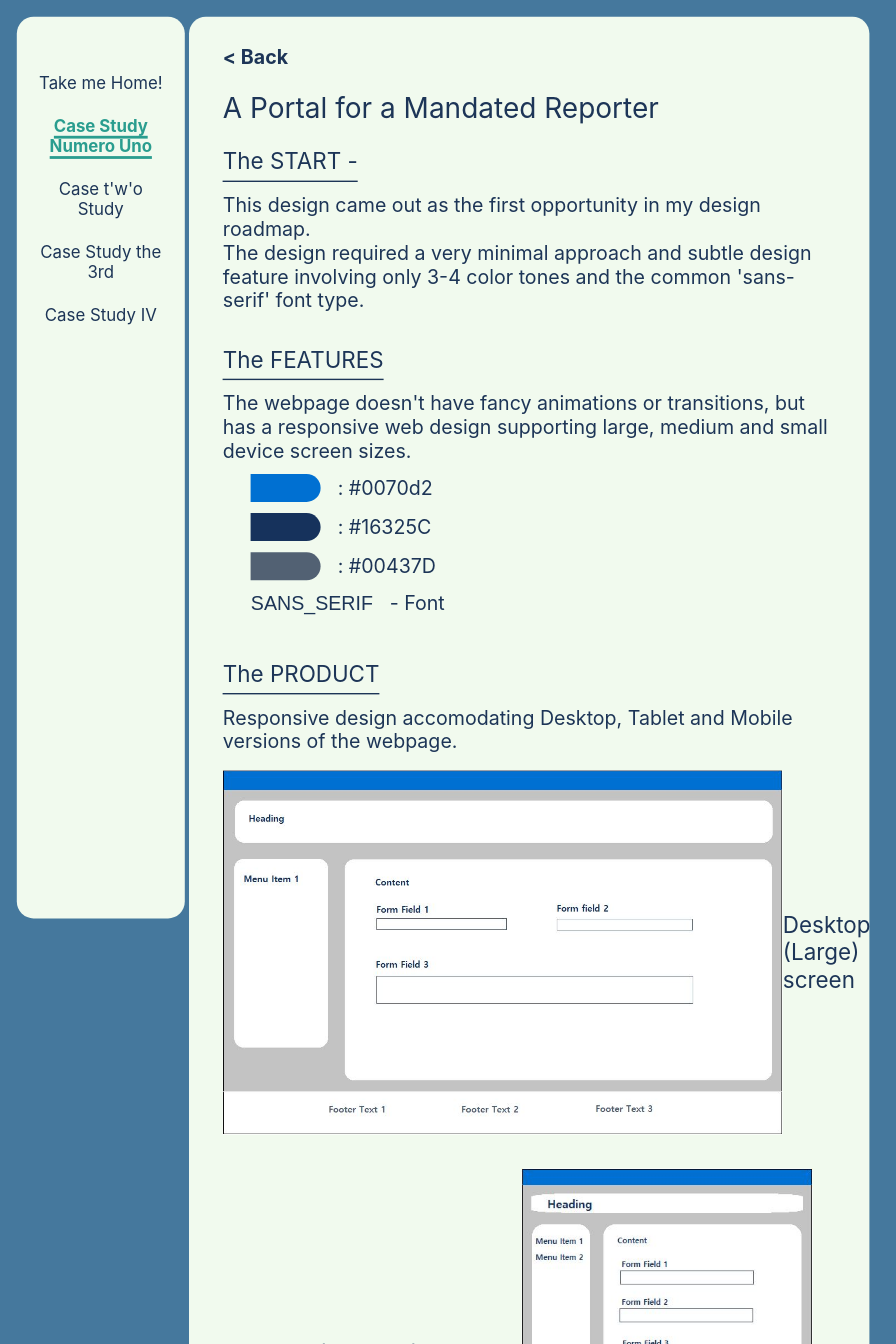
Repository: niranjangp/portfolioReact
Page: /cs-one
The author's editor kept a copy of each file at every save. The page is drawn from the files as they stood at one save, then again after the next save.
The browser window is 1280 px wide. The pictures show the part of the page from y = 0 to 1920 px (the page is 3817 px tall before and 3783 px after), at 70% of full size.
The project was rebuilt for these pictures with package versions that can differ from the ones it lists, and the page was loaded fresh each time. Also part of the build but not shown: src/pages/enterDesign.jsx, src/pages/csTwo.jsx, src/pages/csThree.jsx, src/pages/csFour.jsx, src/pages/notFound.jsx.

Above is the page before, as saved 2022-02-02 02:53:31.

After the next save:
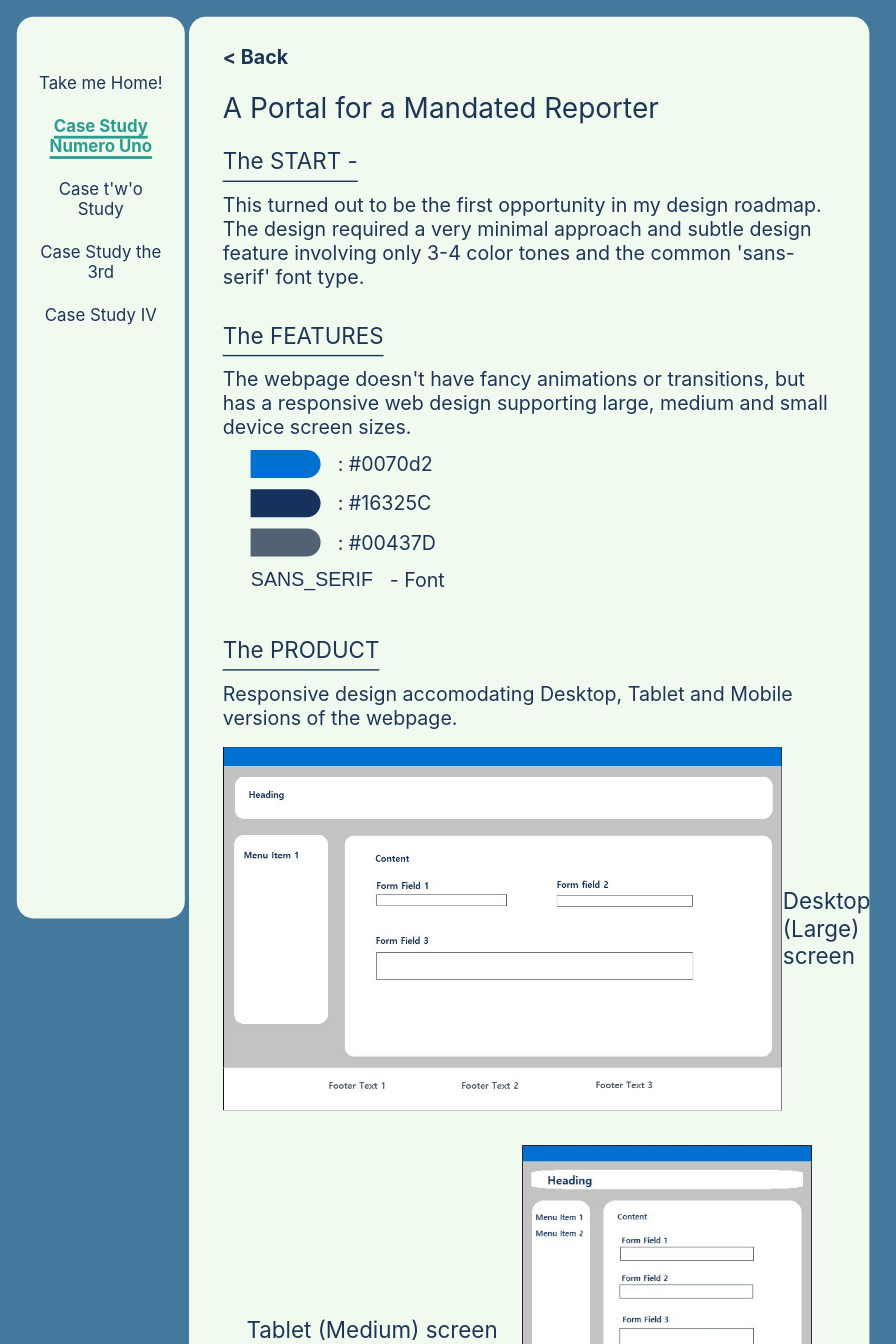
Saved 7 min 51 s later.
--- a/src/pages/csOne.jsx
+++ b/src/pages/csOne.jsx
@@ -12,7 +12,7 @@ const csOne = () => {
       <div className='csOneBody'>
         <div className="pd-bt">
           <p className="csOneH">The START -</p>
-          <p className="csOneC">This design came out as the first opportunity in my design roadmap.</p>
+          <p className="csOneC">This turned out to be the first opportunity in my design roadmap.</p>
           <p className="csOneC">The design required a very minimal approach and subtle design feature involving only 3-4 color tones and the common 'sans-serif' font type.</p>
         </div>
         <div className="pd-bt">
